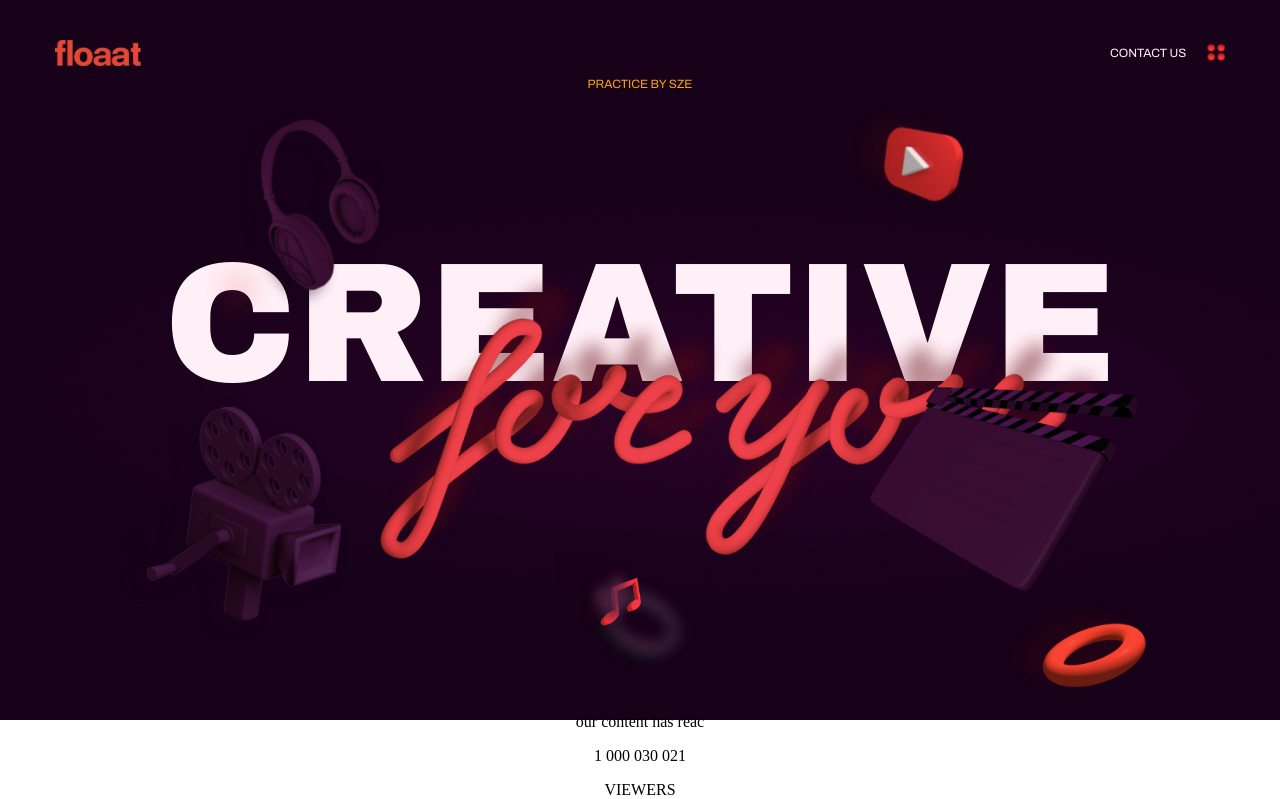
Repository: skydevil1604/next-page-no-adaptive
Page: app/index.html
An editor plug-in stored every save of this project. The page is shown before and after the next save, followed by the edit.
The browser window is 1280 px wide. The pictures show the whole page.
Some web libraries are served in a nearby version. The style sheet was rebuilt from its Sass, Less or Tailwind sources for each picture, by a compiler version that may differ from the author's.

Above is the page before, as saved 2020-01-03 04:03:24.

After the next save:
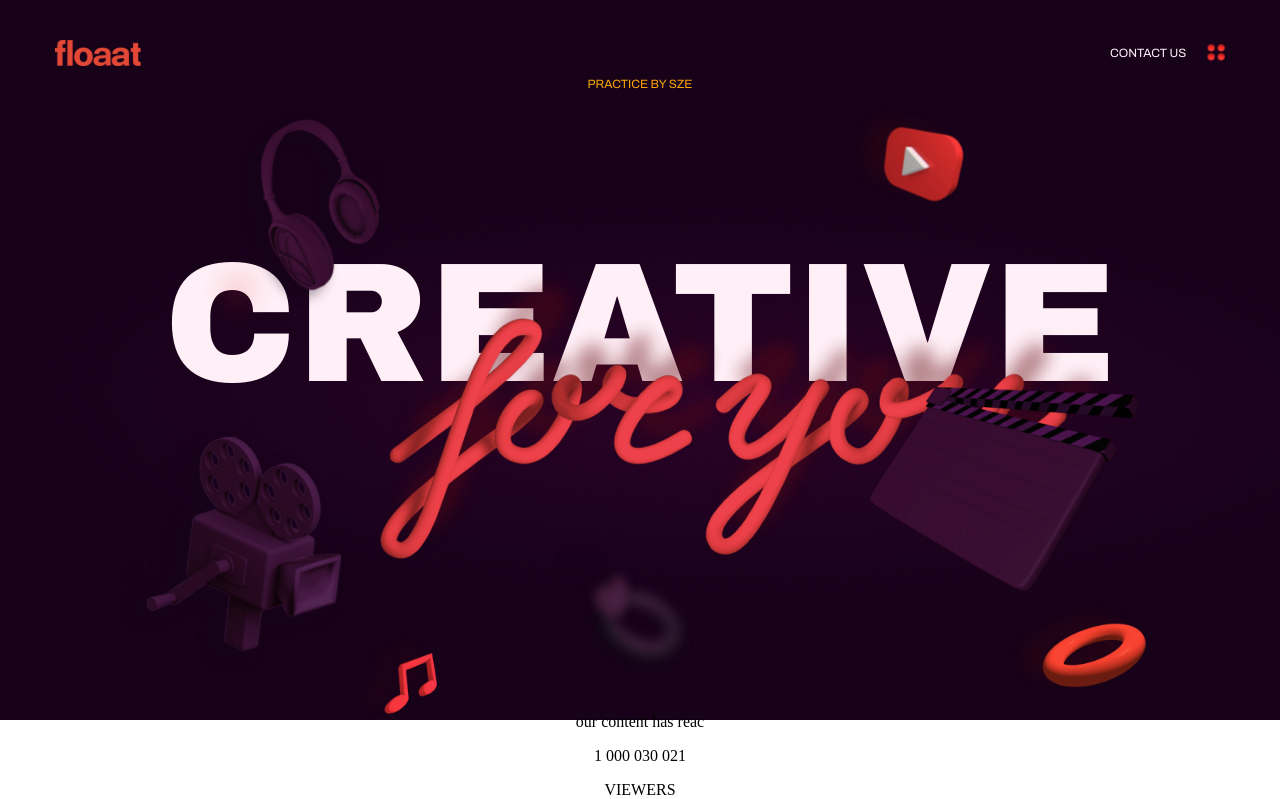
Saved 5 min 31 s later.
--- a/app/sass/main.scss
+++ b/app/sass/main.scss
@@ -170,7 +170,7 @@
         width: 233px;
         height: 256px;
         left: 60px;
-        top: 315px;
+        top: 345px;
     }
     &__youtube-image {
         position: absolute;
@@ -195,8 +195,10 @@
     }
     &__note-image {
         position: absolute;
-        width: 67px;
-        height: 74px;
+        width: 87px;
+        height: 94px;
+        left: 295px;
+        top: 550px;
     }
     &__heart-image {
         position: absolute;
